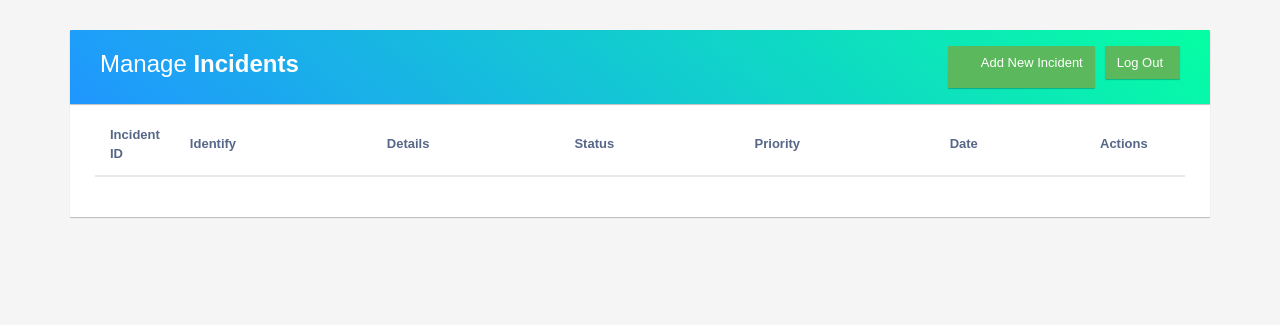
Repository: me-rohit-harsh/incident-management-system
Page: http://localhost/dashboard
An editor plug-in stored every save of this project. The page is shown before and after the next save, followed by the edit.
The browser window is 1280 px wide. The pictures show the whole page.
Some web fonts or font styles are not loaded; a fallback is used. The page is this project's Thymeleaf template; nobody is signed in. The template is opened directly, without the code that normally fills it, so the values that code supplies are empty.

Above is the page before, as saved 2024-05-05 11:45:07.

### incident/src/main/resources/templates/dashboard.html
<!DOCTYPE html>
<html xmlns:th="http://www.thymeleaf.org">

<head>
<meta charset="utf-8" />
<meta http-equiv="X-UA-Compatible" content="IE=edge" />
<meta name="viewport" content="width=device-width, initial-scale=1" />
<title>Incidents Dashboard</title>
<link rel="stylesheet"
	href="https://fonts.googleapis.com/css?family=Roboto|Varela+Round" />
<link rel="stylesheet"
	href="https://fonts.googleapis.com/icon?family=Material+Icons" />
<link rel="stylesheet"
	href="https://maxcdn.bootstrapcdn.com/font-awesome/4.7.0/css/font-awesome.min.css" />
<link rel="stylesheet"
	href="https://maxcdn.bootstrapcdn.com/bootstrap/3.3.7/css/bootstrap.min.css" />
<script
	src="https://ajax.googleapis.com/ajax/libs/jquery/1.12.4/jquery.min.js"></script>
<script
	src="https://maxcdn.bootstrapcdn.com/bootstrap/3.3.7/js/bootstrap.min.js"></script>
<link th:href="@{/css/style.css}" rel="stylesheet">


</head>

<body>
	<div class="container">
		<div th:if="${message}" class="alert" th:classappend="${alertClass}">
			<p th:text="${message}"></p>
		</div>
		<div class="table-wrapper">
			<div class="table-title">
				<div class="row">
					<div class="col-sm-6">
						<h2>
							Manage <b>Incidents</b>
						</h2>
					</div>
					<div class="col-sm-6">
						<form th:action="@{/logout}" method="post">
							<button type="submit" class="btn btn-success">
								<i class="fa-solid fa-right-from-bracket"></i> <span>Log
									Out</span>
							</button>
						</form>

						<a href="#addEmployeeModal" class="btn btn-success"
							data-toggle="modal"><i class="material-icons">&#xE147;</i> <span>Add
								New Incident</span></a>


					</div>
				</div>
			</div>
			<table class="table table-striped table-hover">
				<thead>
					<tr>
						<th>Incident ID</th>
						<th>Identify</th>
						<th>Details</th>
						<th>Status</th>
						<th>Priority</th>
						<th>Date</th>
						<th>Actions</th>
					</tr>
				</thead>
				<tbody>
					<tr th:each="incident : ${incidents}">
						<td th:text="${incident.id}"></td>
						<td th:text="${incident.identify}">User Email</td>
						<td th:text="${incident.details}">Details</td>
						<td th:text="${incident.status}">Status</td>
						<td th:text="${incident.priority}">Priority</td>
						<td th:text="${#dates.format(incident.reportedDate)}">Date</td>

						<td><a th:if="${incident.status != 'Closed'}" th:href="@{|/modifyincident/${incident.id}|}" class="edit"> <i class="material-icons" data-toggle="tooltip" title="Edit">&#xE254;</i>
						</a></td>


					</tr>
				</tbody>
			</table>

		</div>
	</div>
	<!-- Add Modal HTML -->
	<div id="addEmployeeModal" class="modal fade">
		<div class="modal-dialog">
			<div class="modal-content">
				<form th:action="@{/addIncident}" th:object="${incident}"
					method="post">
					<div class="modal-header">
						<h4 class="modal-title">Add Incidents</h4>
						<button type="button" class="close" data-dismiss="modal"
							aria-hidden="true">&times;</button>
					</div>
					<div class="modal-body">
						<div class="form-group">
							<label>Details</label>
							<textarea class="form-control" required name="details"></textarea>
						</div>
						<div class="form-group">
							<label>Identify</label> <select class="form-control"
								id="identity" name="identify">
								<option value="Enterprise">Enterprise</option>
								<option value="Government">Government</option>
							</select>
						</div>
						<div class="form-group">
							<label>Priority</label> <select class="form-control"
								id="identity" name="priority">
								<option value="High">High</option>
								<option value="Medium">Medium</option>
								<option value="Low">Low</option>
							</select>
						</div>

					</div>
					<div class="modal-footer">
						<input type="button" class="btn btn-default" data-dismiss="modal"
							value="Cancel" /> <input type="submit" class="btn btn-success"
							value="Add" />
					</div>
				</form>
			</div>
		</div>
	</div>

</body>

</html>

### incident/src/main/resources/static/css/style.css


        body {
            color: #566787;
            background: #f5f5f5;
            font-family: "Varela Round", sans-serif;
            font-size: 13px;
        }

        .table-wrapper {
            background: #fff;
            padding: 20px 25px;
            margin: 30px 0;
            border-radius: 1px;
            box-shadow: 0 1px 1px rgba(0, 0, 0, 0.247);
        }

        .table-title {
            padding-bottom: 15px;
            background: linear-gradient(40deg, #2096ff, #05ffa3) !important;
            color: #fff;
            padding: 16px 30px;
            margin: -20px -25px 10px;
            border-radius: 1px 1px 0 0;
            box-shadow: 0 1px 1px rgba(0, 0, 0, 0.247);
        }

        .table-title h2 {
            margin: 5px 0 0;
            font-size: 24px;
        }

        .table-title .btn-group {
            float: right;
        }

        .table-title .btn {
            color: #fff;
            float: right;
            font-size: 13px;
            border: none;
            min-width: 50px;
            border-radius: 1px;
            border: none;
            outline: none !important;
            margin-left: 10px;
            box-shadow: 0 1px 1px rgba(0, 0, 0, 0.247);
        }

        .table-title .btn i {
            float: left;
            font-size: 21px;
            margin-right: 5px;
        }

        .table-title .btn span {
            float: left;
            margin-top: 2px;
        }

        table.table tr th,
        table.table tr td {
            border-color: #e9e9e9;
            padding: 12px 15px;
            vertical-align: middle;
        }

        table.table tr th:first-child {
            width: 60px;
        }

        table.table tr th:last-child {
            width: 100px;
        }

        table.table-striped tbody tr:nth-of-type(odd) {
            background-color: #fcfcfc;
        }

        table.table-striped.table-hover tbody tr:hover {
            background: #f5f5f5;
        }

        table.table th i {
            font-size: 13px;
            margin: 0 5px;
            cursor: pointer;
        }

        table.table td:last-child i {
            opacity: 0.9;
            font-size: 22px;
            margin: 0 5px;
        }

        table.table td a {
            font-weight: bold;
            color: #566787;
            display: inline-block;
            text-decoration: none;
            outline: none !important;
        }

        table.table td a:hover {
            color: #2196f3;
        }

        table.table td a.edit {
            color: #ffc107;
        }

        table.table td a.delete {
            color: #f44336;
        }

        table.table td i {
            font-size: 19px;
        }

        table.table .avatar {
            border-radius: 1px;
            vertical-align: middle;
            margin-right: 10px;
        }

        .pagination {
            float: right;
            margin: 0 0 5px;
        }

        .pagination li a {
            border: none;
            font-size: 13px;
            min-width: 30px;
            min-height: 30px;
            color: #999;
            margin: 0 2px;
            line-height: 30px;
            border-radius: 1px !important;
            text-align: center;
            padding: 0 6px;
        }

        .pagination li a:hover {
            color: #666;
        }

        .pagination li.active a,
        .pagination li.active a.page-link {
            background: #03a9f4;
        }

        .pagination li.active a:hover {
            background: #0397d6;
        }

        .pagination li.disabled i {
            color: #ccc;
        }

        .pagination li i {
            font-size: 16px;
            padding-top: 6px;
        }

        .hint-text {
            float: left;
            margin-top: 10px;
            font-size: 13px;
        }

        /* Custom checkbox */
        .custom-checkbox {
            position: relative;
        }

        .custom-checkbox input[type="checkbox"] {
            opacity: 0;
            position: absolute;
            margin: 5px 0 0 3px;
            z-index: 9;
        }

        .custom-checkbox label:before {
            width: 18px;
            height: 18px;
        }

        .custom-checkbox label:before {
            content: "";
            margin-right: 10px;
            display: inline-block;
            vertical-align: text-top;
            background: white;
            border: 1px solid #bbb;
            border-radius: 1px;
            box-sizing: border-box;
            z-index: 2;
        }

        .custom-checkbox input[type="checkbox"]:checked+label:after {
            content: "";
            position: absolute;
            left: 6px;
            top: 3px;
            width: 6px;
            height: 11px;
            border: solid #000;
            border-width: 0 3px 3px 0;
            transform: inherit;
            z-index: 3;
            transform: rotateZ(45deg);
        }

        .custom-checkbox input[type="checkbox"]:checked+label:before {
            border-color: #03a9f4;
            background: #03a9f4;
        }

        .custom-checkbox input[type="checkbox"]:checked+label:after {
            border-color: #fff;
        }

        .custom-checkbox input[type="checkbox"]:disabled+label:before {
            color: #b8b8b8;
            cursor: auto;
            box-shadow: none;
            background: #ddd;
        }

        /* Modal styles */
        .modal .modal-dialog {
            max-width: 400px;
        }

        .modal .modal-header,
        .modal .modal-body,
        .modal .modal-footer {
            padding: 20px 30px;
        }

        .modal .modal-content {
            border-radius: 1px;
        }

        .modal .modal-footer {
            background: #ecf0f1;
            border-radius: 0 0 1px 1px;
        }

        .modal .modal-title {
            display: inline-block;
        }

        .modal .form-control {
            border-radius: 1px;
            box-shadow: none;
            border-color: #dddddd;
        }

        .modal textarea.form-control {
            resize: vertical;
        }

        .modal .btn {
            border-radius: 1px;
            min-width: 100px;
        }

        .modal form label {
            font-weight: normal;
        }

After the next save:
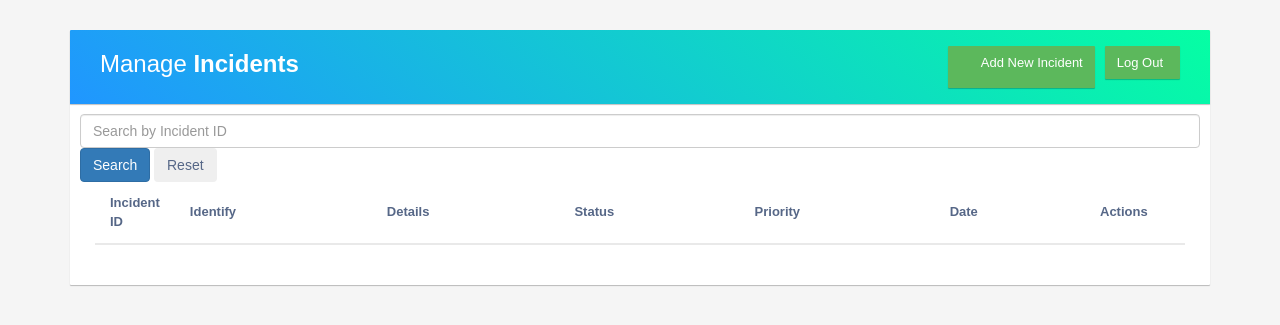
Saved 13 s later.
--- a/incident/src/main/resources/templates/dashboard.html
+++ b/incident/src/main/resources/templates/dashboard.html
@@ -52,6 +52,19 @@
 					</div>
 				</div>
 			</div>
+				<form action="#" th:action="@{/admindashboard}" method="get" class="card p-3 my-3">
+			<div class="row">
+				<div class="col-6">
+					<input type="text" name="incidentId" class="form-control"
+						placeholder="Search by Incident ID">
+				</div>
+				<div class="col-6">
+					<button type="submit" class="btn btn-primary"><i class="fa-solid fa-magnifying-glass"></i> Search </button>
+						<button type="submit" class="btn btn-secondary"><i class="fa-solid fa-rotate"></i> Reset </button>
+				</div>
+			</div>
+		</form>
+
 			<table class="table table-striped table-hover">
 				<thead>
 					<tr>
